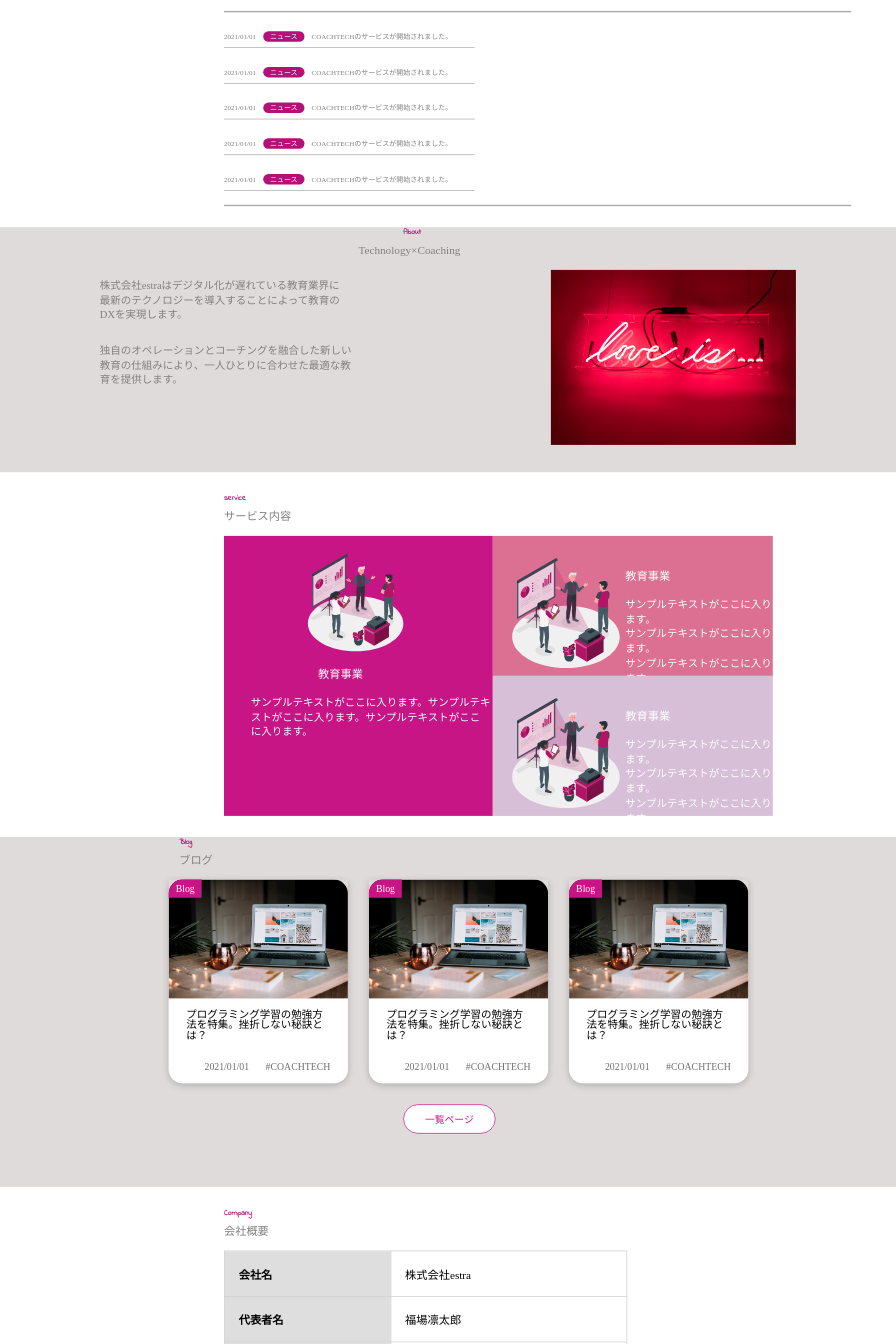
Repository: sigemasaasuka/20210902
Page: index.html
The author's editor kept a copy of each file at every save. The page is drawn from the files as they stood at one save, then again after a run of saves.
The browser window is 1280 px wide. The pictures show the part of the page from y = 521 to 2441 px (the page is 3297 px tall), at 70% of full size.

Above is the page before, as saved 2021-10-05 19:29:55.

### index.html
<!DOCTYPE html>
<html lang="ja">

<head>
  <meta charset="UTF-8">
  <meta name="viewport" content="width=device-width, initial-scale=1.0">
  <title>Document</title>
  <link rel="stylesheet" href="css/style.css">
  <link rel="stylesheet" href="css/reset.css">
  <link rel="preconnect" href="https://fonts.googleapis.com">
  <link rel="preconnect" href="https://fonts.gstatic.com" crossorigin>
  <link href="https://fonts.googleapis.com/css2?family=Indie+Flower&display=swap" rel="stylesheet">
</head>

<body>
  <div class="flex">
    <div class="logo">
      <img src="img/img/estra_logo.png" alt="estra_logo" width="100px" height="30px">
    </div>
    <div class="parent">
      <div class="child">News</div>
      <div class="child">About</div>
      <div class="child">Service</div>
      <div class="child">blog</div>
      <div class="child">Company</div>
      <div class="child">Contact</div>

    </div>
  </div>
  <div class="relative">
    <img class="relative__img" src="img/img/firstview.jpg" alt="firstview">
    <div class="example">
      <h1>Commit to the <span class="document"> growth</span> <br>for everyone</h1>
    </div>
    <div class="second">
      <h3>全ての全ての人の<span class="second-txt">成長</span>にコミットする</h3>
      <p class="subtitle">Educational Technology Company<br>estra inc since 2019</p>
    </div>
  </div>
  <div class="smlltitle-news">
    <h6>News</h6>
  </div>
  <div class="list-news">
    <h3>新着情報</h3>
  </div>
  <div class="local">
    <div class="info">
      <p>
        2021/01/01　<a class="practice__btn">ニュース</a>　COACHTECHのサービスが開始されました。
      </p>
    </div>
    <div class="info">
      <p>
        2021/01/01　<a class="practice__btn">ニュース</a>　COACHTECHのサービスが開始されました。
      </p>
    </div>
    <div class="info">
      <p>
        2021/01/01　<a class="practice__btn">ニュース</a>　COACHTECHのサービスが開始されました。
      </p>
    </div>
    <div class="info">
      <p>
        2021/01/01　<a class="practice__btn">ニュース</a>　COACHTECHのサービスが開始されました。
      </p>
    </div>
    <div class="info">
      <p>
        2021/01/01　<a class="practice__btn">ニュース</a>　COACHTECHのサービスが開始されました。
      </p>
    </div>
  </div>
  <div class="colored-about">
    <div class="smlltitle-about">
      <h6>About</h6>
    </div>
    <div class="list-about">
      <h3>Technology×Coaching</h3>
    </div>
    <div class="flex-txt">
    <div class="info-txt">
      <div class="relate">
        株式会社estraはデジタル化が遅れている教育業界に<br>最新のテクノロジーを導入することによって教育の<br>DXを実現します。
      </div>
      <div class="relate-txt">
        独自のオペレーションとコーチングを融合した新しい<br>教育の仕組みにより、一人ひとりに合わせた最適な教<br>育を提供します。
      </div>

    </div>
      <div class="about">
        <img class="picture__img" src="img/img/about.jpg" alt="about">
      </div>
  </div>
  </div>

  <div class="service">
    <div class="smlltitle-service">
      <h6>service</h6>
    </div>
    <div class="list-service">
      <h3>サービス内容</h3>
    </div>
    <div class="contents">
    <div class="colored-service">
      <div class="photo">
        <img class="service__img" src="img/img/service__first.svg" alt="service">
      </div>
      <div class="title">
        <h3>教育事業</h3>
      </div>
      <div class="explain">
        サンプルテキストがここに入ります。サンプルテキ<br>ストがここに入ります。サンプルテキストがここ<br>に入ります。
      </div>
    </div>
  <div class="contents2">
    <div class="contents2">
  <div class="colored3">
    <div class="photo2">
      <img class="service__img1" src="img/img/service__first.svg" alt="service">
    </div>
    <div>
    <div class="title2">
      <h3>教育事業</h3>
    </div>
    <div class="explain2">
      サンプルテキストがここに入ります。<br>サンプルテキストがここに入ります。<br>サンプルテキストがここに入ります。
    </div>
  </div>
  </div>
  </div>

  <div class="colored">
    <div class="photo2">
      <img class="service__img1" src="img/img/service__first.svg" alt="service">
    </div>
    <div>
    <div class="title2">
      <h3>教育事業</h3>
    </div>
    <div class="explain2">
      サンプルテキストがここに入ります。<br>サンプルテキストがここに入ります。<br>サンプルテキストがここに入ります。
    </div>
  </div>
  </div>
</div>
</div>
</div>
   <div class="colored-blog">
    <div class="smlltitle-blog">
      <h6>Blog</h6>
    </div>
    <div class="list-blog">
      <h3>ブログ</h3>
   </div>
    <div class="flex__item">
      <div class="practice__card">
        <div class="blog__first">
          <img src="img/img/blog__first.jpg" alt="blog">
        </div>
        <div class="card__content">
          <div class="card__cat">Blog</div>
          <h2 class="card__ttl">プログラミング学習の勉強方法を特集。挫折しない秘訣とは？</h2>
          <div class="tag">
            <p class="card__tag">2021/01/01</p>
            <p class="card__date">#COACHTECH</p>
          </div>
        </div>
      </div>
      <div class="practice__card">
        <div class="blog__first">
          <img src="img/img/blog__first.jpg" alt="blog">
        </div>
        <div class="card__content">
          <div class="card__cat">Blog</div>
          <h2 class="card__ttl">プログラミング学習の勉強方法を特集。挫折しない秘訣とは？</h2>
          <div class="tag">
            <p class="card__tag">2021/01/01</p>
            <p class="card__date">#COACHTECH</p>
          </div>
        </div>
      </div>
      <div class="practice__card">
        <div class="blog__first">
          <img src="img/img/blog__first.jpg" alt="blog">
        </div>
        <div class="card__content">
          <div class="card__cat">Blog</div>
          <h2 class="card__ttl">プログラミング学習の勉強方法を特集。挫折しない秘訣とは？</h2>
          <div class="tag">
            <p class="card__tag">2021/01/01</p>
            <p class="card__date">#COACHTECH</p>
          </div>
        </div>
      </div>
    </div>
    <div class="card__cat-blog">一覧ページ</div>
   </div>
   <div class="company">
    <div class="smlltitle-company">
      <h6>Company</h6>
    </div>
    <div class="list-company">
      <h3>会社概要</h3>
    </div>
    <table>
      <tr>
        <th>会社名</th>
        <td>株式会社estra</td>
      </tr>
      <tr>
        <th>代表者名</th>
        <td>福場凛太郎</td>
      </tr>
      <tr>
        <th>本社所在地</th>
        <td>東京都渋谷区1-1-1</td>
      </tr>
      <tr>
        <th>従業員数</th>
        <td>100名</td>
      </tr>
      <tr>
        <th>電話番号</th>
        <td>0120-00-0000</td>
      </tr>
      <tr>
        <th>資本資金</th>
        <td>¥10,000,000</td>
      </tr>
    </table>
    </div>
    <div class="last">
    <div class="photo2">
     <div class="recruit">
      <div class="second-employ">
        <p>採用情報</p>
      </div>
     </div>
    </div>
    <div class="photo3">
      <div class="interview">
    <div class="second-interview">
      <p>社員インタビュー</p>
      </div>
    </div>
    </div>
    </div>
    <div class="list-question">
      <h3>株式会社estraへのお問い合わせはこちらから</h3>
      </div>
      <div class="rod"><p>&#124</p></div>
      <div class="photo4">
  <div class="card__cat3">お問い合わせ</div>
</div>
<div class="colored-question">
  <div class="second-question">
    <p>Copyright&copy;estra,inc　AII Rights Reserved</p>
  </div>
</div>
</body>

</html>

### css/style.css
.img {
  text-align: left;
}

.parent {
  line-height: 50px;
  display: flex;
  justify-content: space-between;
  color: gray;
}

.child {
  margin: 0 10px;
  font-weight: lighter;
}

.logo {
  line-height: 20px;
  width: 100px;
}
.flex {
  display: flex;
  justify-content: space-between;
  height: 50px;
  margin-left: 30px;
}

.relative {
  position: relative;
}

.relative__img {
  margin: 0 0 0 auto;
  display: block;
  width: 50%;
}

.example {
  position: absolute;
  top: 5%;
  left: 30%;
  font-size: 50px;
  color: #b41078;
  font-family: "Indie Flower", cursive;
}

.document {
  top: 5%;
  left: 30%;
  font-size: 70px;
  color: #30b6cf;
  font-family: "Indie Flower", cursive;
}

.second {
  position: absolute;
  top: 50%;
  left: 30%;
  font-size: 18px;
  color: #b41078;
}

.second-txt {
  top: 50%;
  left: 30%;
  font-size: 18px;
  color: #30b6cf;
}

.subtitle {
  margin: 0;
  font-size: 15px;
  color: gray;
  font-weight: lighter;
}

.smlltitle-news {
  color: #b41078;
  font-family: "Indie Flower", cursive;
  margin-left: 25%;
}

.list-news {
  color: gray;
  margin-left: 25%;
  margin-top: 10px;
  margin-bottom: 20px;
}

.local {
  margin-left: 25%;
  border-color: rgb(170, 168, 168);
  border-top: solid 2px rgb(170, 168, 168);
  border-bottom: solid 2px rgb(170, 168, 168);
  width: 70%;
}

.info {
  margin-bottom: 20px;
  border-width: 0 0 1px 0;
  border-style: solid;
  line-height: 30px;
  border-color: rgb(173, 171, 171);
  margin-top: 20px;
  padding-left: 0;
  font-size: 10px;
  color: gray;
  width: 40%;
}

.practice__btn {
  width: 100px;
  padding: 2px 10px;
  color: #fff;
  border-radius: 30px;
  background-color: #b41078;
  text-align: center;
  margin: 0 auto 0;
}

.colored-about {
  height: 350px;
  background-color: rgb(224, 219, 219);
  margin-top: 30px;
}
.smlltitle-about {
  color: #b41078;
  font-family: "Indie Flower", cursive;
  margin-left: 45%;
}

.list-about {
  color: gray;
  margin-left: 40%;
  margin-top: 10px;
}

.flex-txt {
  display: flex;
  justify-content: space-around;
  height: 30px;
}

.relate {
  color: gray;
  font-size: 15px;
  margin-top: 30px;
}

.relate-txt {
  color: gray;
  font-size: 15px;
  margin-top: 30px;
}

.picture__img {
  margin-top: 20px;
  width: 350px;
  height: 250px;
}

.smlltitle-service {
  color: #b41078;
  font-family: "Indie Flower", cursive;
  margin-left: 25%;
  margin-top: 30px;
}

.list-service {
  color: gray;
  margin-left: 25%;
  margin-top: 10px;
}

.contents {
  display: flex;
}
.colored-service {
  background-color: #c71585;
  margin-top: 20px;
  margin-left: 25%;
  width: 30%;
  height: 400px;
}

.service__img {
  width: 300px;
  height: 150px;
  margin-top: 20px;
  margin-left: 10%;
}

.title {
  margin-top: 20px;
  color: #fff;
  margin-left: 35%;
}

.explain {
  margin-left: 10%;
  margin-top: 20px;
  color: #fff;
  font-size: 15px;
}
.contents2 {
  display: flex;
  flex-direction: column;
  justify-content: space-around;
}
.colored3 {
  display: flex;
  background-color: #db7093;
  margin-top: 20px;
  width: 400px;
  height: 200px;
}

.service__img1 {
  width: 340px;
  height: 220px;
  margin-left: 20px;
}

.title2 {
  margin-top: 20px;
  color: #fff;
  margin-top: 50px;
  margin-left: 20px;
}

.explain2 {
  margin-top: 20px;
  margin-left: 20px;
  color: #fff;
  font-size: 15px;
}

.colored {
  display: flex;
  background-color: #d8bfd8;
  width: 400px;
  height: 200px;
}

.colored-blog {
  height: 500px;
  background-color: rgb(224, 219, 219);
  margin-top: 30px;
}

.smlltitle-blog {
  color: #b41078;
  font-family: "Indie Flower", cursive;
  margin-left: 20%;
  margin-top: 30px;
}

.list-blog {
  color: gray;
  margin-left: 20%;
  margin-top: 10px;
}

.flex__item {
  border-radius: 20px;
  display: flex;
  justify-content: center;
}

.practice__card {
  margin-top: 20px;
  margin-left: 30px;
  position: relative;
  width: 20%;
  border-bottom-left-radius: 20px;
  border-bottom-right-radius: 20px;
  box-shadow: 0px 3px 10px rgba(0, 0, 0, 0.2);
}

.blog__first {
  overflow: hidden;
  border-top-left-radius: 20px;
  border-top-right-radius: 20px;
}

.card__img img {
  width: 100%;
}

.card__content {
  border-bottom-left-radius: 20px;
  border-bottom-right-radius: 20px;
  background-color: #fff;
  padding: 15px 25px;
}

.card__ttl {
  font-size: 15px;
  margin-bottom: 30px;
  font-weight: 400;
}

.card__cat {
  position: absolute;
  top: 0;
  left: 0;
  border-top-left-radius: 20px;
  padding: 5px 10px;
  background: #c71585;
  display: inline-block;
  color: #fff;
  font-size: 14px;
}

.tag {
  font-size: 14px;
  text-align: right;
}

.card__tag {
  display: inline-block;
  color: rgb(112, 110, 110);
  margin-left: 10px;
}

.card__date {
  display: inline-block;
  margin-left: 20px;
  color: rgb(112, 110, 110);
}

.card__cat-blog {
  padding: 10px 30px;
  background: white;
  margin-top: 30px;
  margin-left: 45%;
  border: 1px solid;
  display: inline-block;
  color: #c71585;
  font-size: 14px;
  border-radius: 30px;
}

.company {
  margin-left: 25%;
}

.smlltitle-company {
  color: #b41078;
  font-family: "Indie Flower", cursive;
  margin-top: 30px;
}

.list-company {
  color: gray;
  margin-top: 10px;
  margin-bottom: 20px;
}

table {
  width: 60%;
  border-collapse: collapse;
}

table th,
table td {
  border: 1px solid #ccc;
  padding: 20px;
}
table th {
  font-weight: bold;
  background-color: #dedede;
}

.last {
  display: flex;
  margin-top: 50px;
  position: relative;
}

.second-employ {
  position: absolute;
  top: 50%;
  left: 40%;
  font-size: 20px;
  color: #fff;
}

.photo2 {
  width: 50%;
}

.recruit {
  position: relative;
  width: 100%;
  height: 0;
  padding-top: calc(300 / 683 * 100%); /* calc(画像高さ ÷ 画像横幅 × 100%) */
  background: url(../img/img/recruit.png) center center / cover no-repeat;
  margin-top: 30px;
}

.photo3 {
  width: 50%;
}

.interview {
  position: relative;
  width: 100%;
  height: 0;
  padding-top: calc(300 / 683 * 100%); /* calc(画像高さ ÷ 画像横幅 × 100%) */
  background: url(../img/img/interview.png) center center / cover no-repeat;
  margin-top: 30px;
}

.second-interview {
  position: absolute;
  top: 50%;
  left: 45%;
  font-size: 20px;
  color: #fff;
}

.list-question {
  color: gray;
  margin-top: 50px;
  margin-left: 36%;
}
.rod {
  color: #c71585;
  margin-left: 47%;
  margin-top: 10px;
  font-size: 30px;
}

.card__cat3 {
  position: relative;
  top: 0;
  padding: 20px 60px;
  background: linear-gradient(90deg, #ff69b4, #c71585);
  margin-top: 10px;
  margin-left: 40%;
  border: 1px solid;
  display: inline-block;
  color: #fff;
  font-size: 14px;
  border-radius: 30px;
}

.card__cat3::before {
  content: "";
  position: absolute;
  bottom: 15px;
  left: 25px;
  background: url(../img/img/mailicon.svg) no-repeat;
  background-size: cover;
  width: 15px;
  height: 15px;
  transform: translate(0, -50%);
}

.colored-question {
  height: 30px;
  background-color: rgb(224, 219, 219);
  margin-top: 25px;
}

.second-question {
  color: #000;
  font-size: 10px;
  margin-left: 40%;
  line-height: 30px;
}

### css/reset.css
@charset "UTF-8";
html,
body,
div,
span,
applet,
object,
iframe,
h1,
h2,
h3,
h4,
h5,
h6,
p,
blockquote,
pre,
a,
abbr,
acronym,
address,
big,
cite,
code,
del,
dfn,
em,
img,
ins,
kbd,
q,
s,
samp,
small,
strike,
strong,
sub,
sup,
tt,
var,
b,
u,
i,
center,
dl,
dt,
dd,
ol,
ul,
li,
fieldset,
form,
label,
legend,
table,
caption,
tbody,
tfoot,
thead,
tr,
th,
td,
article,
aside,
canvas,
details,
embed,
figure,
figcaption,
footer,
header,
hgroup,
menu,
nav,
output,
ruby,
section,
summary,
time,
mark,
audio,
video {
  margin: 0;
  padding: 0;
  border: none;
  font-style: normal;
  text-align: left;
  zoom: 1;
}
article,
aside,
details,
figcaption,
figure,
footer,
header,
hgroup,
menu,
nav,
section {
  display: block;
}
table {
  border-collapse: collapse;
  font-family: inherit;
}
h1,
h2,
h3,
h4,
h5 {
  font-size: 100%;
  font-weight: normal;
  line-height: 1;
}
input,
textarea,
select {
  font-family: inherit;
  font-size: 16px;
}
input[type="button"],
input[type="text"],
input[type="submit"] {
  -webkit-appearance: none;
  border-radius: 0;
}
textarea {
  resize: none;
  -webkit-appearance: none;
  border-radius: 0;
}
th,
td {
  border-collapse: collapse;
}
table th,
table td {
  white-space: nowrap;
}
ul,
ol {
  list-style-type: none;
}
img {
  vertical-align: text-bottom;
  vertical-align: -webkit-baseline-middle;
  max-width: 100%;
  height: auto;
  width/***/: auto;
}

After the next 3 saves:
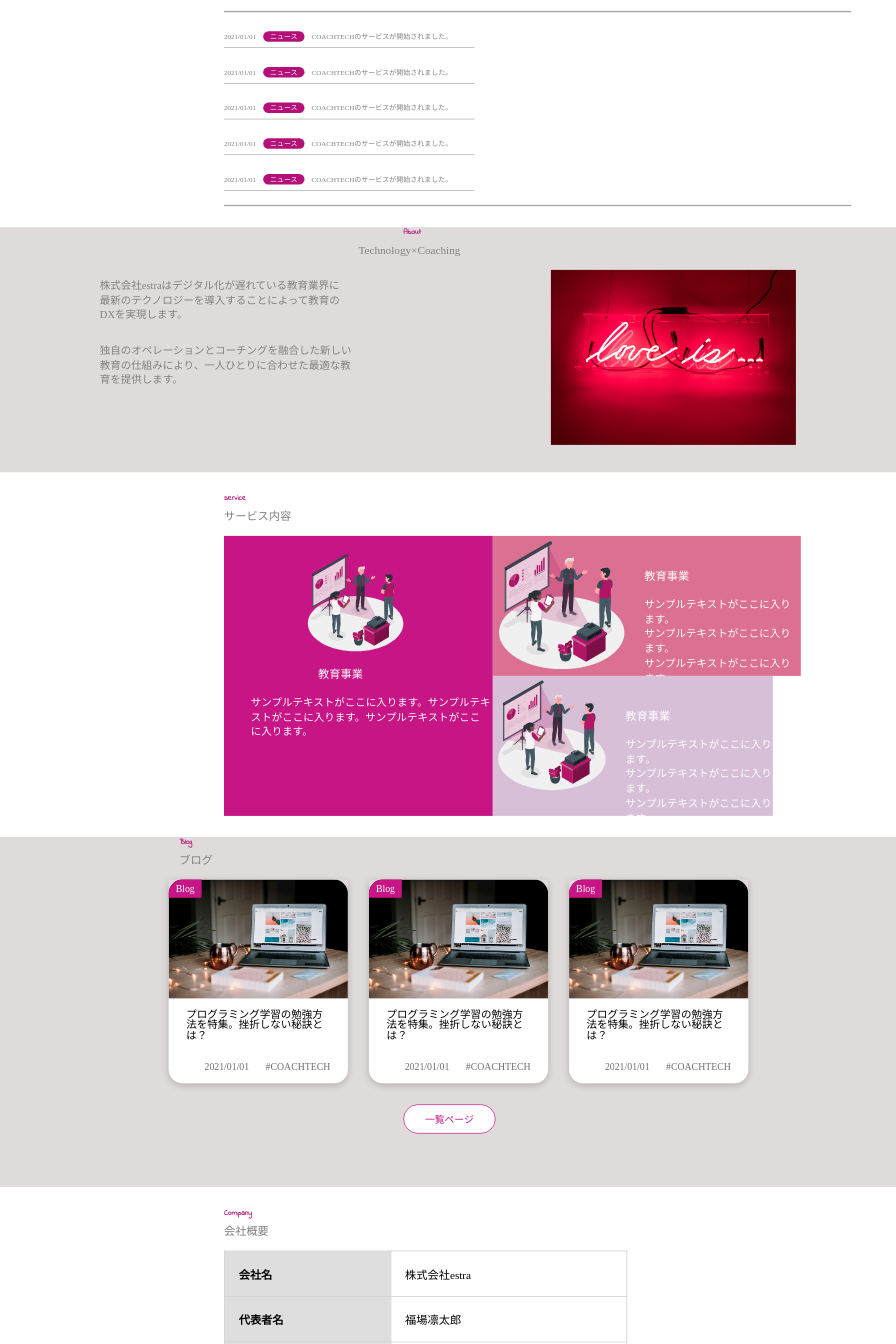
The 3 saves are shown as one change because they came seconds apart.
The last was saved 17 h 2 min later.
--- a/css/style.css
+++ b/css/style.css
@@ -208,11 +208,12 @@
   justify-content: space-around;
 }
 .colored3 {
-  display: flex;
-  background-color: #db7093;
-  margin-top: 20px;
-  width: 400px;
-  height: 200px;
+    display: flex;
+    background-color: #db7093;
+    margin-top: 20px;
+    width: 110%;
+    height: 200px;
+}
 }
 
 .service__img1 {
